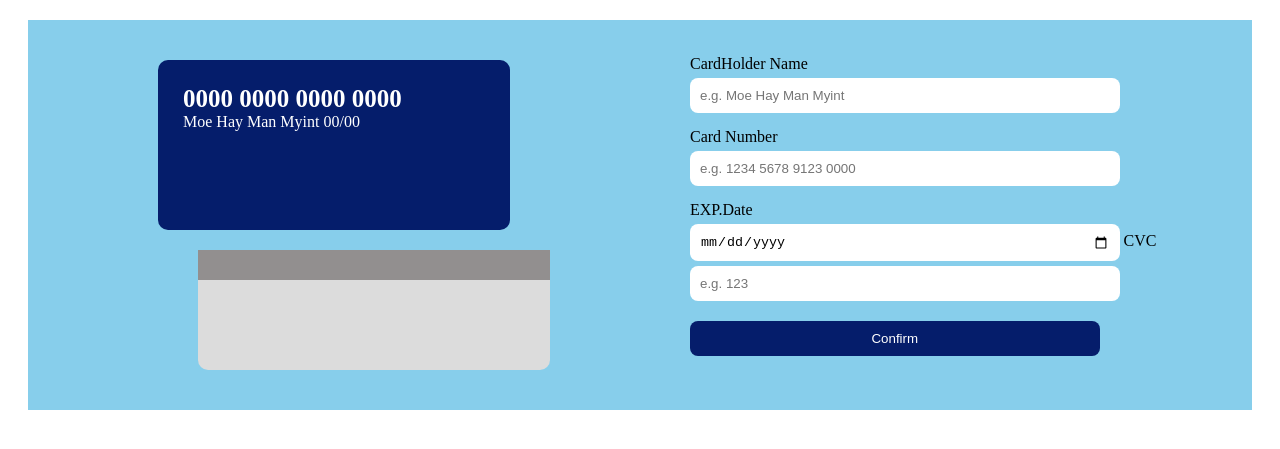
Repository: moehaymanmyint/Interactive-Card-Details-Form
Page: index.html
The author's editor kept a copy of each file at every save. The page is drawn from the files as they stood at one save, then again after the next save.
The browser window is 1280 px wide. The pictures show the whole page.

Above is the page before, as saved 2024-10-15 23:02:35.

After the next save:
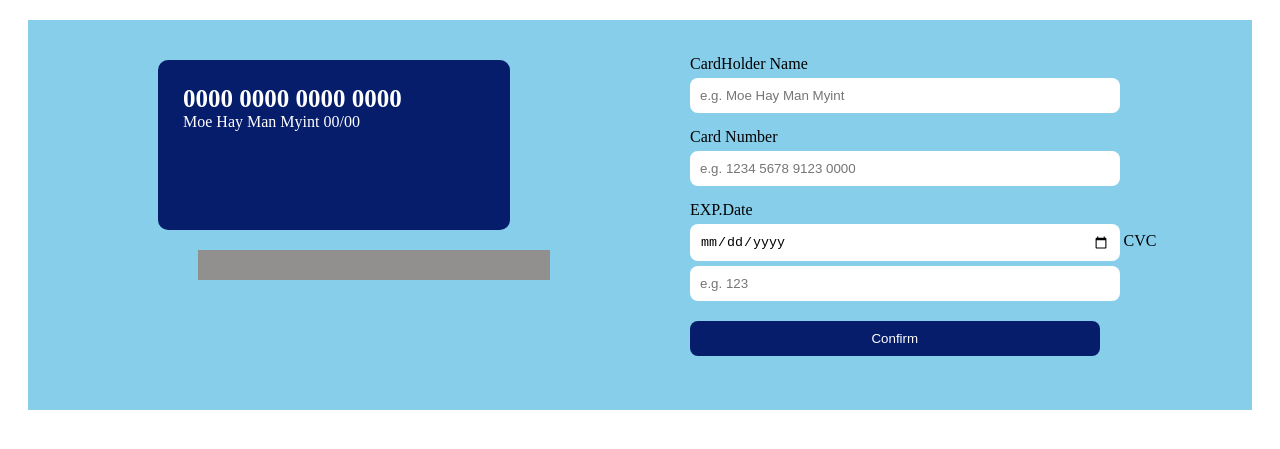
Saved 9 s later.
--- a/style.css
+++ b/style.css
@@ -27,7 +27,6 @@
 
 .back-card{
     height: 120px;
-    background-color: gainsboro;
     margin: 20px 40px;
     border-radius: 10px;
     margin-left: 120px;

After the save that followed:
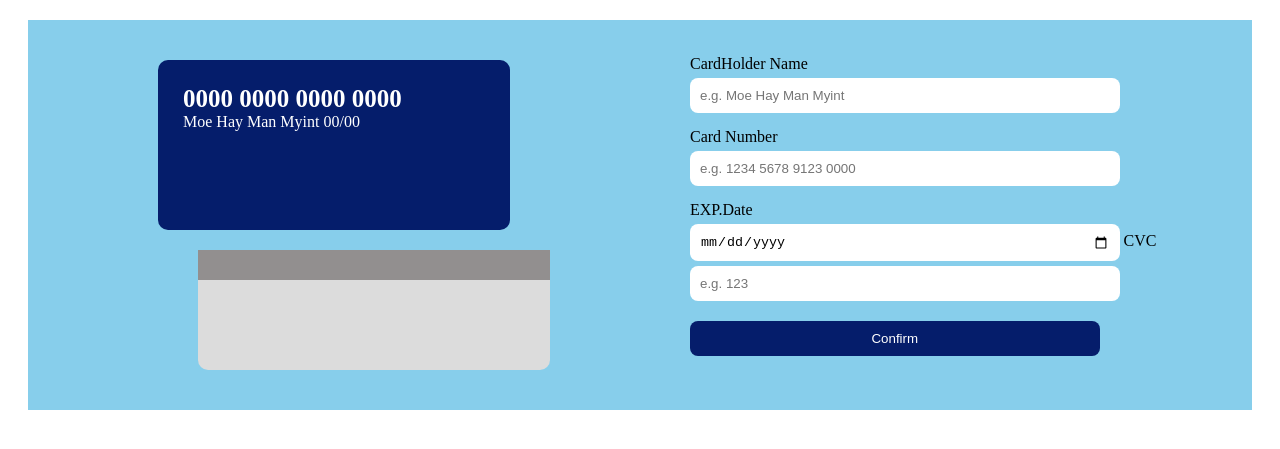
Saved 7 s later.
--- a/style.css
+++ b/style.css
@@ -27,6 +27,7 @@
 
 .back-card{
     height: 120px;
+    background-color: gainsboro;
     margin: 20px 40px;
     border-radius: 10px;
     margin-left: 120px;
